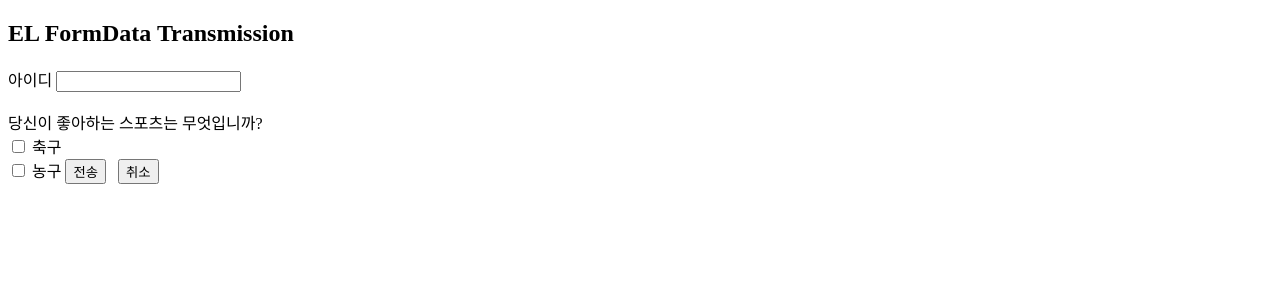
Repository: songyooon/java2
Page: http://localhost/practice03/05ELDataForm.jsp
An editor plug-in stored every save of this project. The page is shown before and after the next save, followed by the edit.
The browser window is 1280 px wide. The pictures show the whole page.
The page is served by Tomcat 9.

Above is the page before, as saved 2022-11-10 04:49:45.

After the next save:
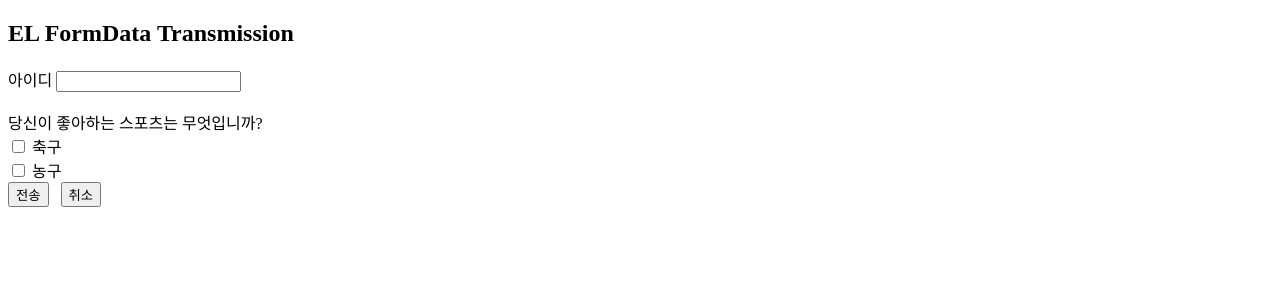
Saved 7 s later.
--- a/practice03/WebContent/05ELDataForm.jsp
+++ b/practice03/WebContent/05ELDataForm.jsp
@@ -20,7 +20,7 @@
 		<input type="checkbox" id="hobby1" name="hobby" value="축구">
 		<label for="hobby1">축구</label><br>
 		<input type="checkbox" id="hobby2" name="hobby" value="농구">
-		<label fpr="hobby2">농구</label>
+		<label fpr="hobby2">농구</label><br>
 
 		<input type="submit" value="전송">&nbsp;&nbsp;
 		<input type="reset" value="취소">
